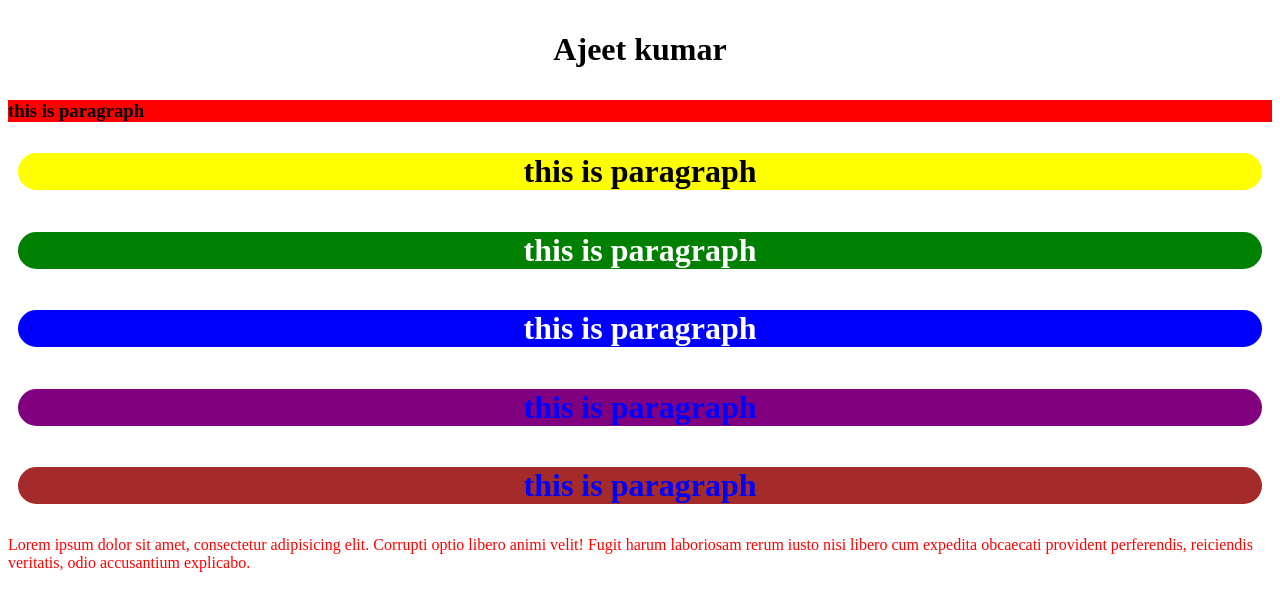
Repository: 1ShivamPandey/shivamajeetcodes
Page: index.html
The author's editor kept a copy of each file at every save. The page is drawn from the files as they stood at one save, then again after the next save.
The browser window is 1280 px wide. The pictures show the whole page.

Above is the page before, as saved 2020-09-16 22:06:45.

### index.html
<!DOCTYPE html>
<html lang="en">
  <head>
    <meta charset="UTF-8" />
    <meta name="viewport" content="width=device-width, initial-scale=1.0" />
    <title>Document</title>
  </head>

  <body>
    <h1><b >Ajeet kumar</b></h1>
    <h3 class="text-black" id="background-red">this is paragraph</h1>
    <h1 class="text-black" id="background-yellow">this is paragraph</h1>
    <h1 class="text-white" id="background-green">this is paragraph</h1>
    <h1 class="text-white" id="background-blue">this is paragraph</h1>
    <h1 class="text-blue" id="background-purple">this is paragraph</h1>
    <h1 class="text-blue" id="background-brown">this is paragraph</h1>
    <p>Lorem ipsum dolor sit amet, consectetur adipisicing elit. Corrupti
       optio libero animi velit! Fugit harum laboriosam rerum iusto nisi libero
       cum expedita obcaecati provident perferendis, reiciendis veritatis,
       odio accusantium explicabo.</p>
  </body>

  <style>
    p{
      color: red;
    }
    h1 {
      border: 10px solid white;
      text-align: center;
      border-radius: 100px;
    }

    #background-red {
      background-color: red;
    }
    #background-yellow {
      background-color: yellow;
    }
    #background-green {
      background-color: green;
    }
    #background-blue {
      background-color: blue;
    }
    #background-purple {
      background-color: purple;
    }
    #background-brown {
      background-color: brown;
    }

    .text-black {
      color: black;
    }
    .text-white {
      color: white;
    }
    .text-blue {
      color: blue;
    }
  </style>
</html>

After the next save:
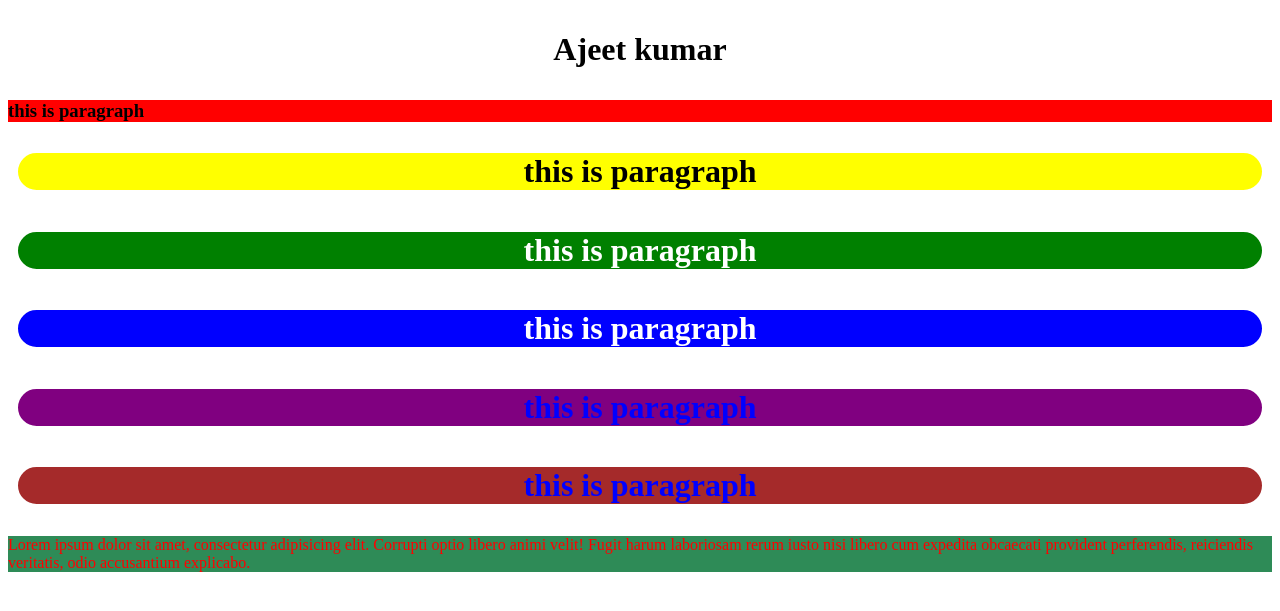
Saved 74 s later.
--- a/index.html
+++ b/index.html
@@ -22,6 +22,7 @@
 
   <style>
     p{
+      background-color: seagreen;
       color: red;
     }
     h1 {
